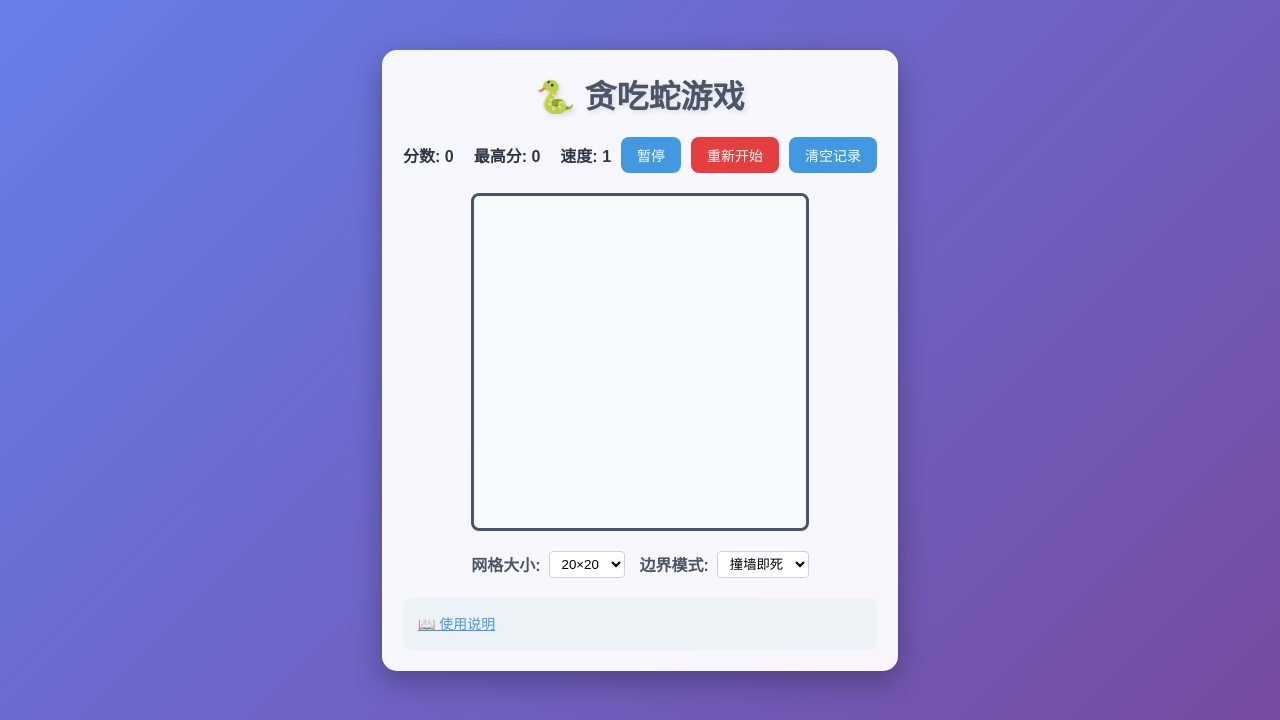
Repository: dawnhe8-ui/snakegame2
Page: index.html
The author's editor kept a copy of each file at every save. The page is drawn from the files as they stood at one save, then again after the next save.
The browser window is 1280 px wide. The pictures show the whole page.

Above is the page before, as saved 2025-09-04 22:26:54.

After the next save:
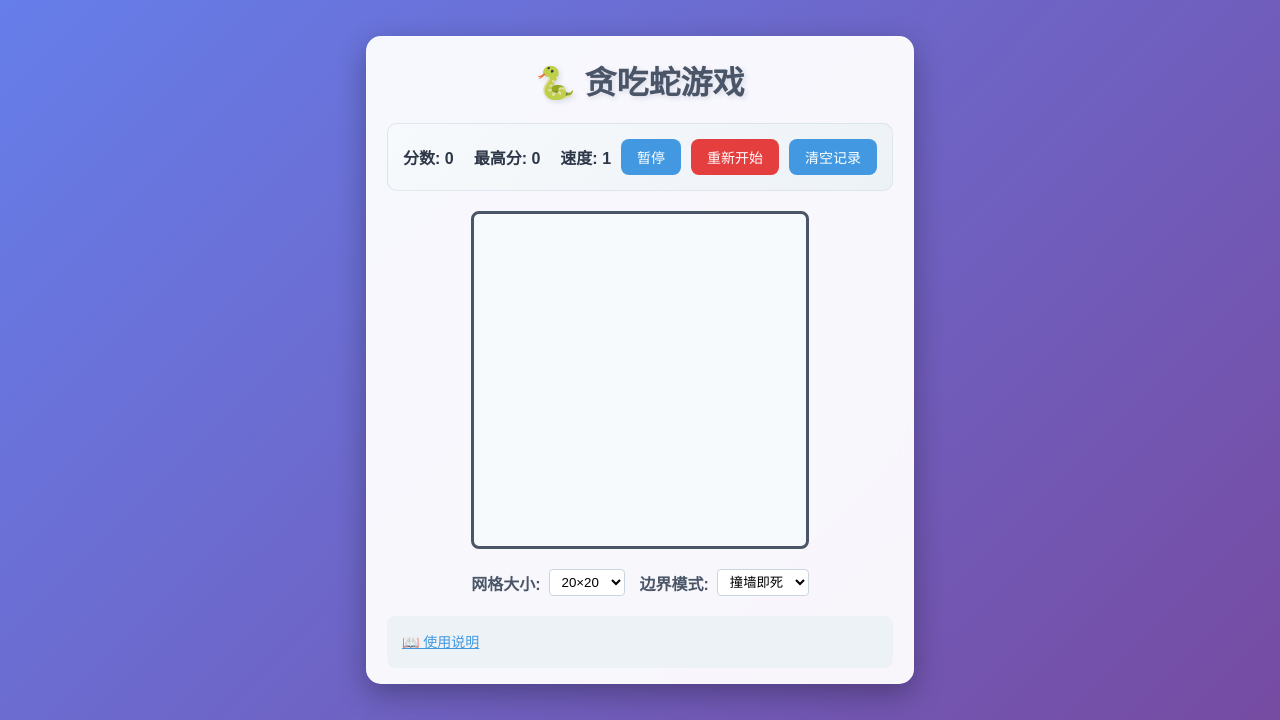
Saved 16 s later.
--- a/index.html
+++ b/index.html
@@ -78,6 +78,7 @@
             transform: scale(1.1);
         }
 
+        /* 控制面板样式 */
         .controls {
             display: flex;
             flex-wrap: wrap;
@@ -85,13 +86,42 @@
             justify-content: center;
             align-items: center;
             margin-bottom: 20px;
-        }
-
+            padding: 15px;
+            background: linear-gradient(135deg, #f7fafc 0%, #edf2f7 100%);
+            border-radius: 10px;
+            border: 1px solid rgba(203, 213, 224, 0.5);
+        }
+
+        /* 分数显示区域 */
         .score-display {
             display: flex;
             gap: 20px;
             font-weight: bold;
             color: #2d3748;
+        }
+
+        .score-item {
+            padding: 8px 12px;
+            background: rgba(66, 153, 225, 0.1);
+            border-radius: 8px;
+            border: 1px solid rgba(66, 153, 225, 0.2);
+            transition: all 0.3s ease;
+        }
+
+        .score-item:hover {
+            background: rgba(66, 153, 225, 0.2);
+            transform: translateY(-1px);
+        }
+
+        .score-item.highlight {
+            animation: scoreHighlight 0.5s ease-in-out;
+        }
+
+        /* 分数更新高亮动画 */
+        @keyframes scoreHighlight {
+            0% { background: rgba(72, 187, 120, 0.3); transform: scale(1); }
+            50% { background: rgba(72, 187, 120, 0.5); transform: scale(1.05); }
+            100% { background: rgba(66, 153, 225, 0.1); transform: scale(1); }
         }
 
         .btn {
